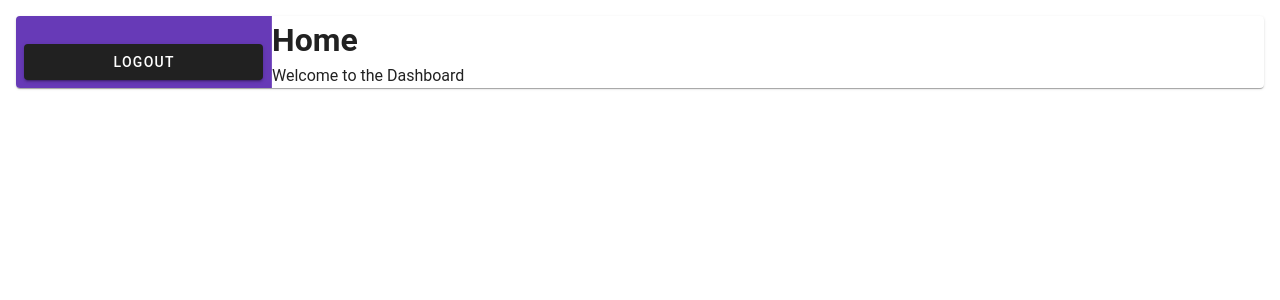
Repository: NtiSilva/Front_AG
Page: /
These files come from the project's save history. The page is drawn as it stood at one moment and after the next save; the edit follows.
The browser window is 1280 px wide. The pictures show the whole page.
The project was rebuilt for these pictures with package versions that can differ from the ones it lists, and the page was loaded fresh each time. Also part of the build but not shown: vite.config.mjs, src/components/Alert.vue, src/components/Atividades/FormActivities.vue, src/components/Atividades/index.vue, src/components/Clientes/FormClient.vue, src/components/Dialog.vue, src/components/DialogRemove.vue, src/components/Clientes/ListClients.vue and 9 more.

Above is the page before, as saved 2024-06-19 16:15:02.

### src/App.vue
<template>
  <v-app>
    <v-main style="height: 100%">
      <v-container fluid>
    <v-card>
    <v-layout>
      <v-navigation-drawer
        class="bg-deep-purple"
        theme="dark"
        permanent
      >
        <v-list color="transparent">
          <v-list-item prepend-icon="mdi-view-dashboard" title="Dashboard"></v-list-item>
          <v-list-item prepend-icon="mdi-account-box" title="Account"></v-list-item>
          <v-list-item prepend-icon="mdi-gavel" title="Admin"></v-list-item>
        </v-list>

        <template v-slot:append>
          <div class="pa-2">
            <v-btn block>
              Logout
            </v-btn>
          </div>
        </template>
      </v-navigation-drawer>

      <v-main style="height: 100%">
        <router-view />
      </v-main>
    </v-layout>
  </v-card>
      </v-container>
    </v-main>
  </v-app>
</template>

<script>
export default {
  name: 'App',
  methods: {
    navigateTo(route) {
      this.$router.push(route);
    },
  },
};
</script>

### src/plugins/vuetify.js
/**
 * plugins/vuetify.js
 *
 * Framework documentation: https://vuetifyjs.com`
 */

// Styles
import "@mdi/font/css/materialdesignicons.css";
import "vuetify/styles";

// Composables
import { createVuetify } from "vuetify";

// https://vuetifyjs.com/en/introduction/why-vuetify/#feature-guides
export default createVuetify({
  // theme: {
  //   defaultTheme: "",
  // },
});

### src/router/index.js
import { createRouter, createWebHistory } from "vue-router";
import Projects from "@/pages/Projects.vue";
import Activities from "@/pages/Activities.vue";
import Clients from "@/pages/Clients.vue";
import Home from "@/pages/HomePage.vue";

const routes = [
  {
    path: "/",
    name: "Home",
    component: Home,
  },
  {
    path: "/clients",
    name: "Clients",
    component: Clients,
  },
  {
    path: "/activities",
    name: "Activities",
    component: Activities,
  },
  {
    path: "/projects",
    name: "Projects",
    component: Projects,
  },
];

const router = createRouter({
  history: createWebHistory(process.env.BASE_URL),
  routes,
});

export default router;

### src/pages/HomePage.vue
<template>
  <div>
    <h1>Home</h1>
    <p>Welcome to the Dashboard</p>
  </div>
</template>

<script>
export default {
  name: 'Home',
};
</script>

Loaded but not shown: index.html (common file); src/main.js (common file); src/plugins/index.js (common file)

After the next save:
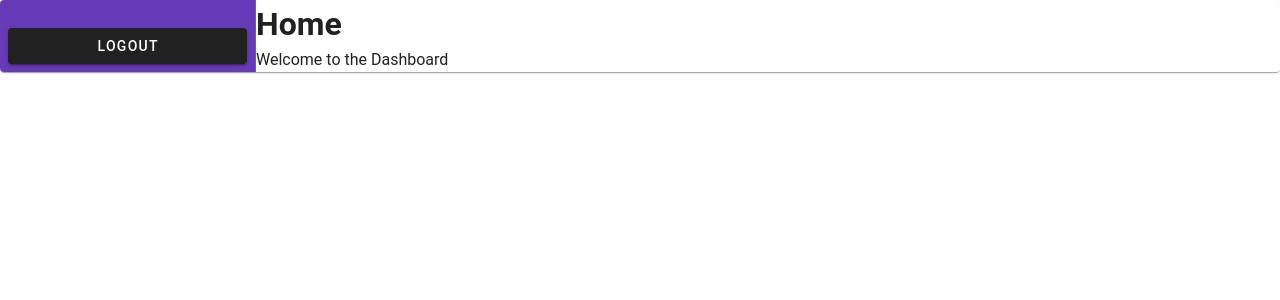
Saved 13 s later.
--- a/src/App.vue
+++ b/src/App.vue
@@ -1,7 +1,5 @@
 <template>
   <v-app>
-    <v-main style="height: 100%">
-      <v-container fluid>
     <v-card>
     <v-layout>
       <v-navigation-drawer
@@ -29,8 +27,6 @@
       </v-main>
     </v-layout>
   </v-card>
-      </v-container>
-    </v-main>
   </v-app>
 </template>
 
